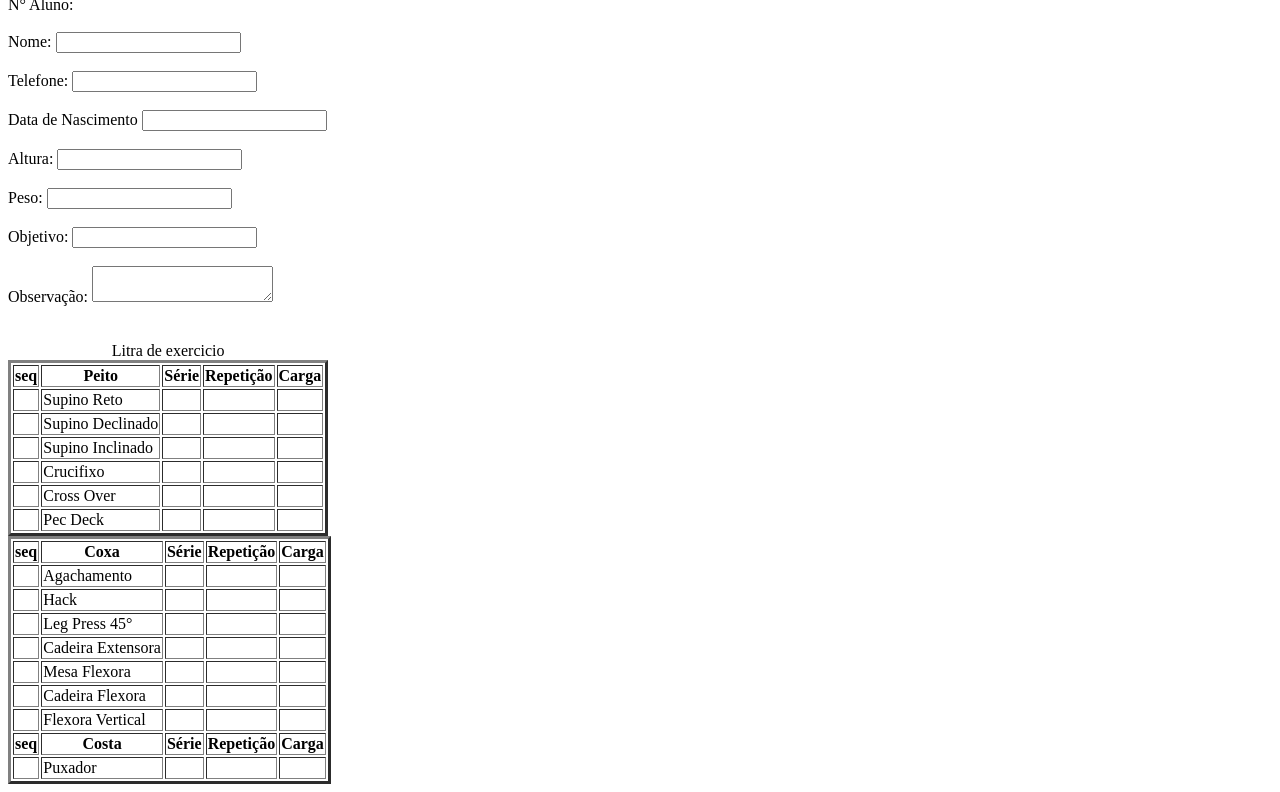
Repository: luisjonson/ProjetoWebAcademia
Page: Projeto_Web/RepositorioWebProject/WebContent/FichaAluno.html
An editor plug-in stored every save of this project. The page is shown before and after the next save, followed by the edit.
The browser window is 1280 px wide. The pictures show the part of the page from y = 340 to 1132 px (the page is 1132 px tall before and 1108 px after).
A picture or video elsewhere on the page could not be fetched, so the positions and the page height are approximate.

Above is the page before, as saved 2017-04-05 02:26:21.

After the next save:
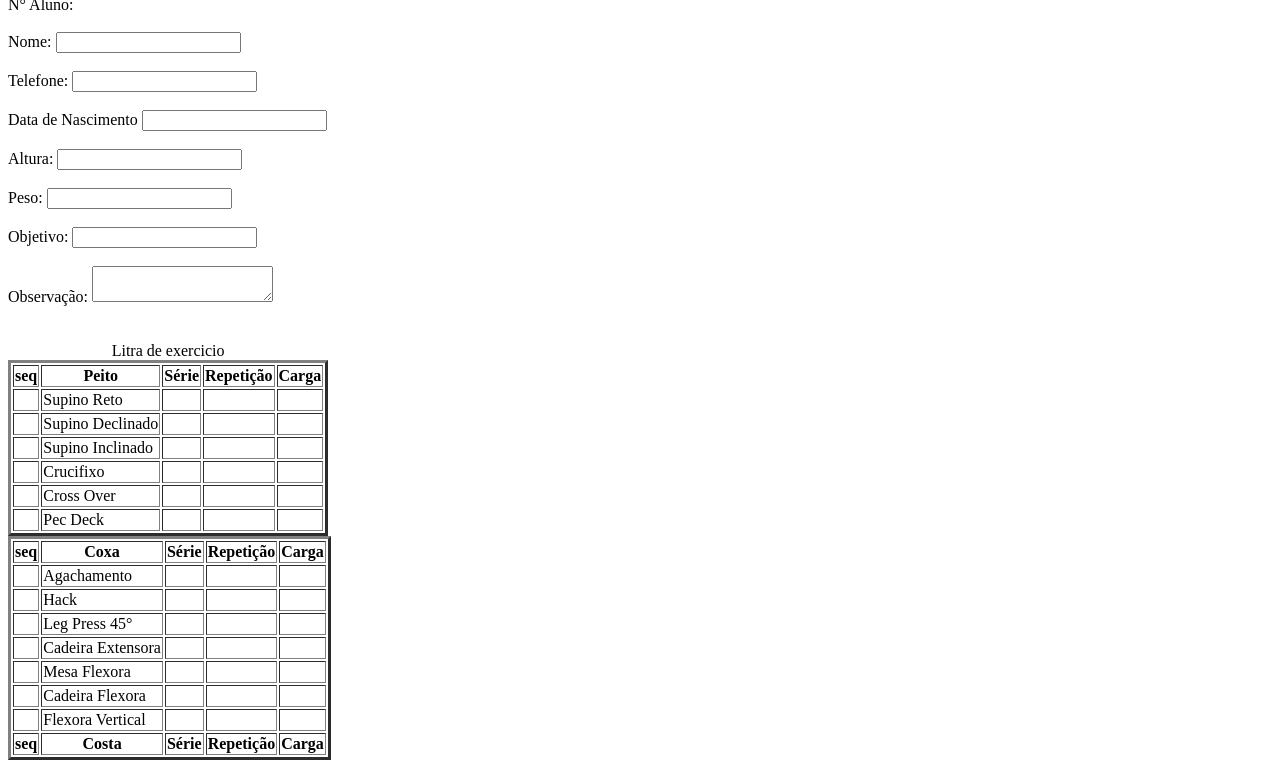
Saved 90 s later.
--- a/Projeto_Web/RepositorioWebProject/WebContent/FichaAluno.html
+++ b/Projeto_Web/RepositorioWebProject/WebContent/FichaAluno.html
@@ -163,14 +163,6 @@
 				<th>Repetição</th>
 				<th>Carga</th>
 
-				<tr>
-				<td></td>
-				<td>Puxador</td>
-				<td></td>
-				<td></td>
-				<td></td>
-			</tr>
-
 			</tr>
 
 	</table>

After the save that followed:
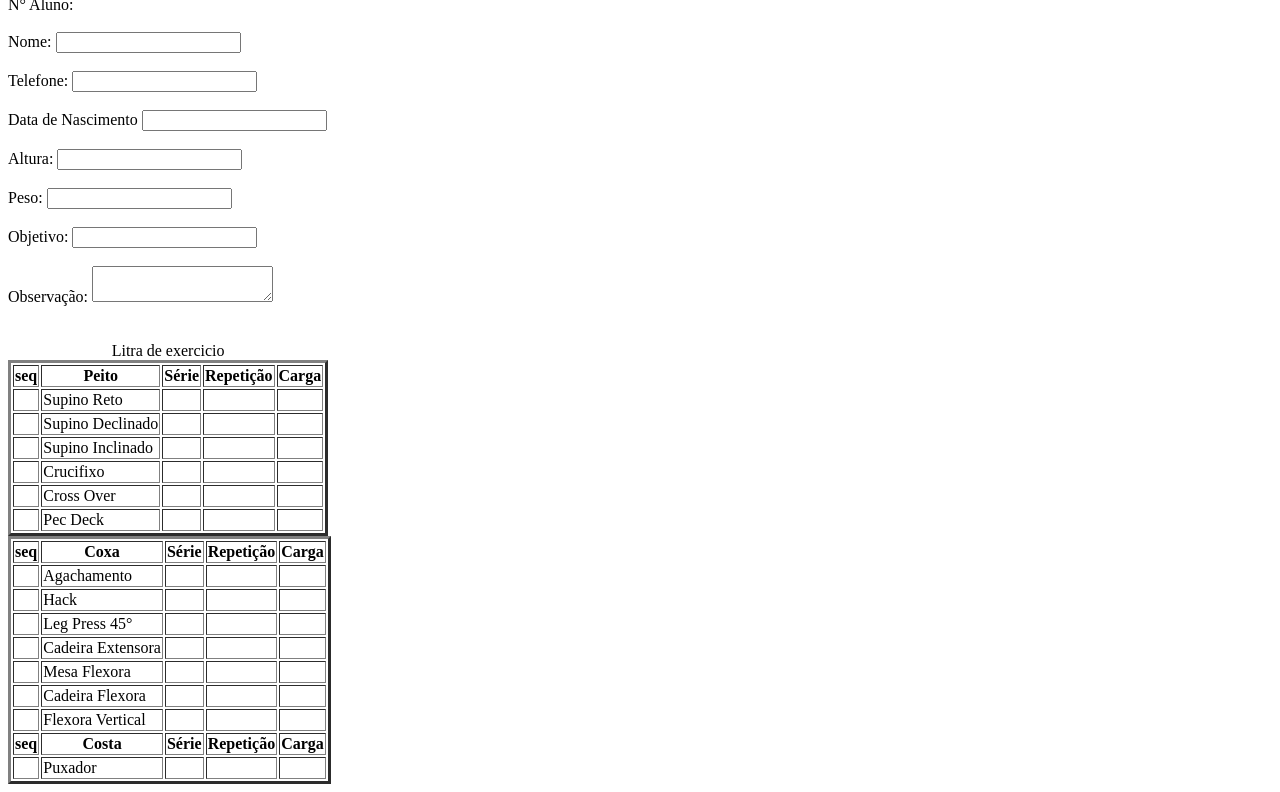
Saved 18 s later.
--- a/Projeto_Web/RepositorioWebProject/WebContent/FichaAluno.html
+++ b/Projeto_Web/RepositorioWebProject/WebContent/FichaAluno.html
@@ -162,7 +162,14 @@
 				<th>Série</th>
 				<th>Repetição</th>
 				<th>Carga</th>
+			</tr>
 
+				<tr>
+				<td></td>
+				<td>Puxador</td>
+				<td></td>
+				<td></td>
+				<td></td>
 			</tr>
 
 	</table>
